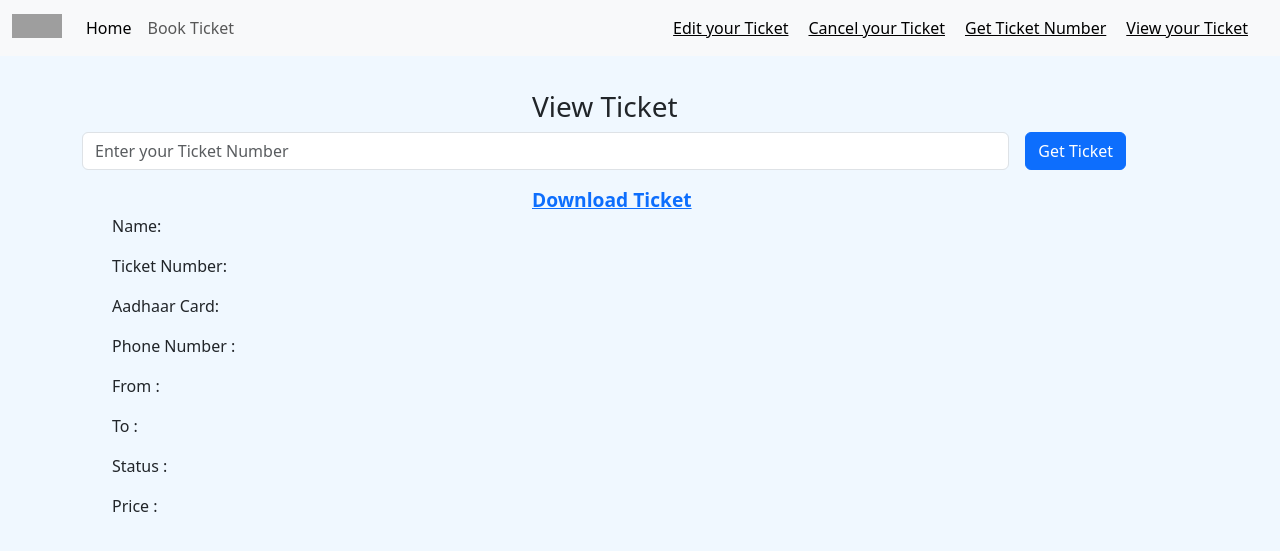
Repository: MayankSardana/Book-My-Ticket
Page: http://localhost/Ticket
An editor plug-in stored every save of this project. The page is shown before and after the next save, followed by the edit.
The browser window is 1280 px wide. The pictures show the whole page.
Pictures or frames that could not be fetched are drawn as grey boxes. The page is this project's Thymeleaf template; nobody is signed in. The template is opened directly, without the code that normally fills it, so the values that code supplies are empty.

Above is the page before, as saved 2024-07-03 05:36:00.

After the next save:
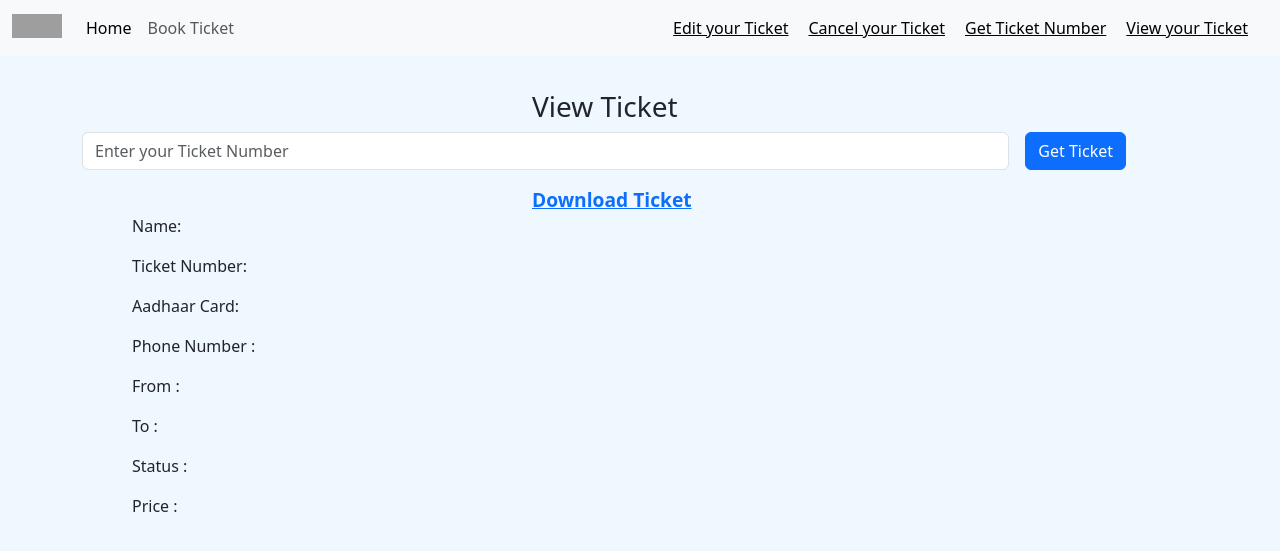
Saved 72 s later.
--- a/BookMyTicket/src/main/resources/templates/Ticket.html
+++ b/BookMyTicket/src/main/resources/templates/Ticket.html
@@ -32,6 +32,10 @@
 			.ch{
 				display:flex;
 				margin-left:30px;
+			}
+
+			p{
+				margin-left:20px;
 			}
     </style>
 
